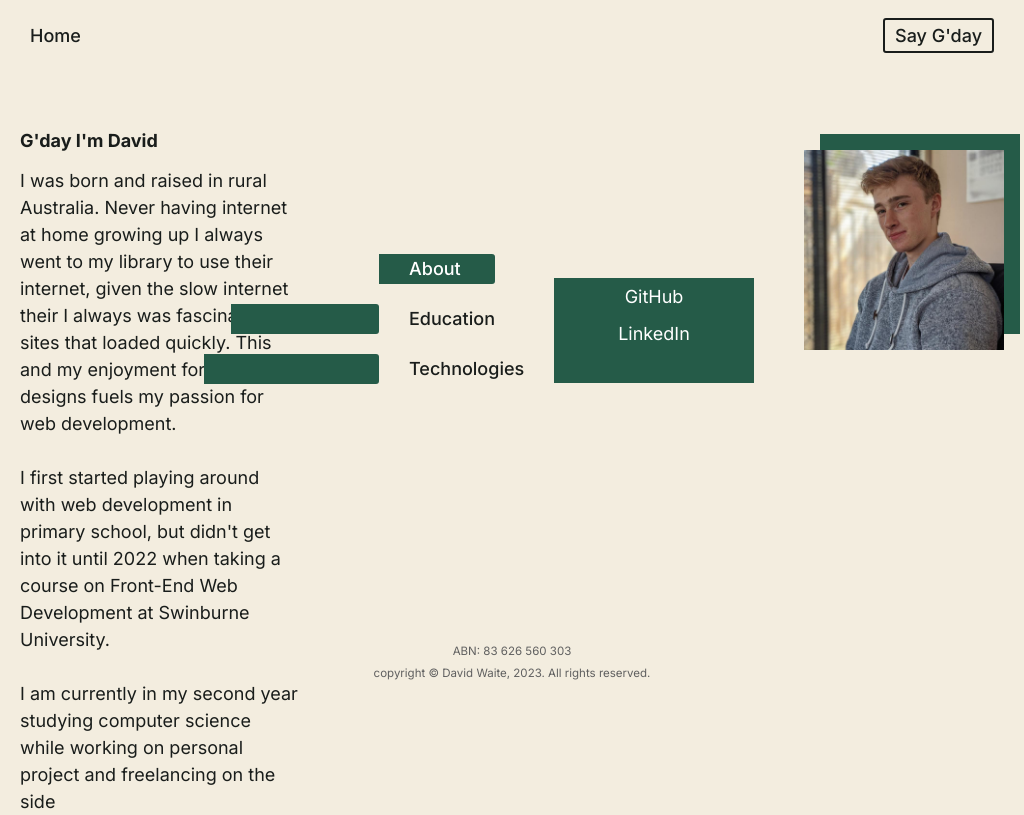
Repository: David-Waite/David-Waite-Portfolio
Page: /about
An editor plug-in stored every save of this project. The page is shown before and after the next save, followed by the edit.
The browser window is 1024 px wide. The pictures show the whole page.
The project was rebuilt for these pictures with package versions that can differ from the ones it lists, and the page was loaded fresh each time. The framework's server and built-in components were replaced by stand-ins that run in the browser. Also part of the build but not shown: next.config.js.

Above is the page before, as saved 2023-07-28 09:00:49.

After the next save:
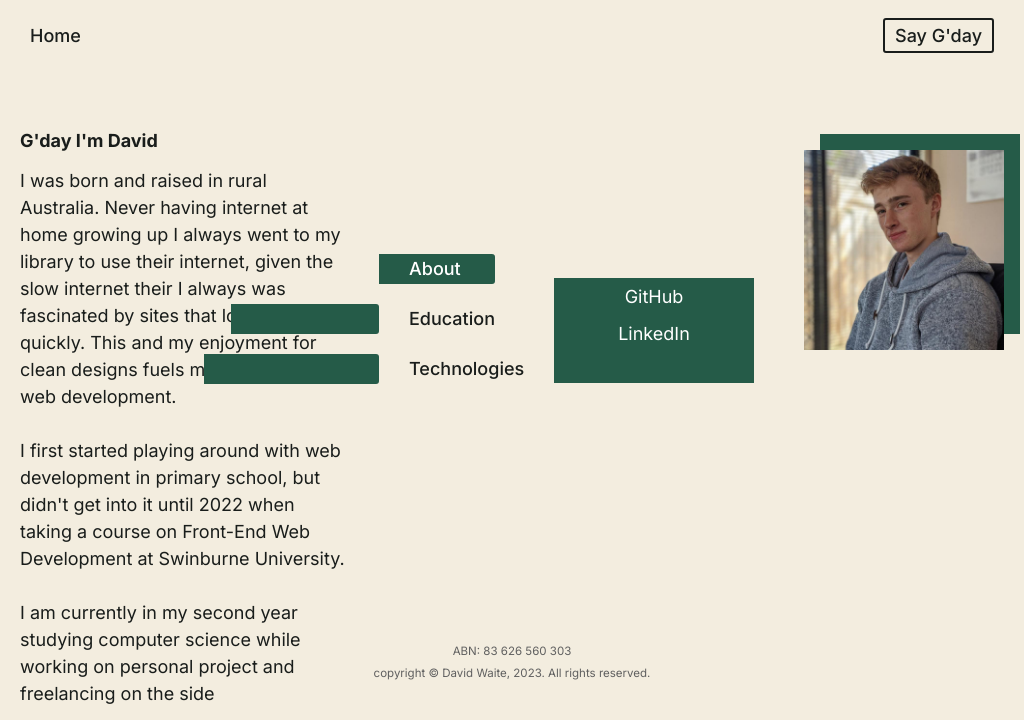
Saved 4 s later.
--- a/app/components/About/Menu/menu.module.css
+++ b/app/components/About/Menu/menu.module.css
@@ -99,6 +99,6 @@
   .moblie {
     display: block;
     position: inherit;
-    margin-left: 30px;
+    margin-left: -20px;
   }
 }
